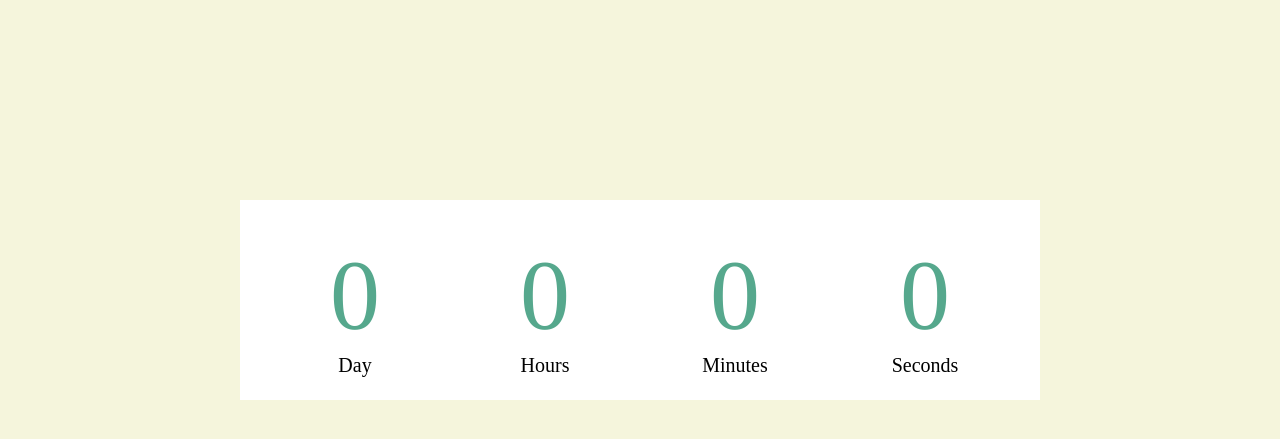
Repository: tienbkvn0605/counddown-demo
Page: index.html
The author's editor kept a copy of each file at every save. The page is drawn from the files as they stood at one save, then again after the next save.
The browser window is 1280 px wide. The pictures show the whole page.

Above is the page before, as saved 2022-10-04 23:27:51.

After the next save:
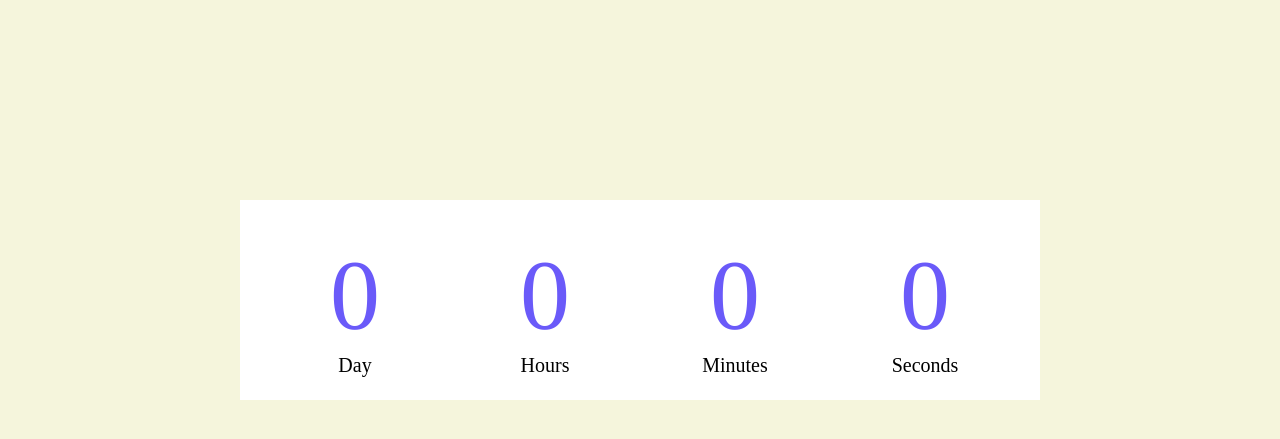
Saved 26 s later.
--- a/style.css
+++ b/style.css
@@ -20,7 +20,7 @@ ul {
 }
 .number {
   font-size: 100px;
-  color: rgb(86, 168, 141);
+  color: #6a5af9;
   margin-bottom: -20px;
 }
 .text {
